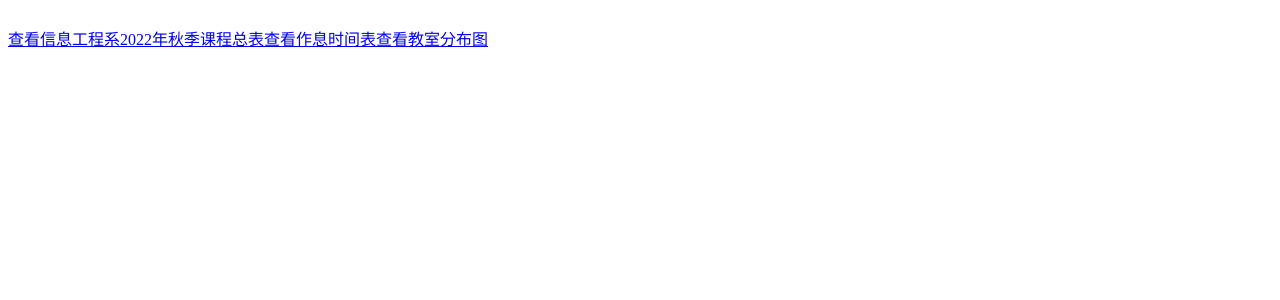
Repository: teacherlonglong/teacherlonglong.github.io
Page: index.html
An editor plug-in stored every save of this project. The page is shown before and after a run of saves, followed by the edit.
The browser window is 1280 px wide. The pictures show the whole page.

Above is the page before, as saved 2022-09-13 17:02:01.

### index.html
<html>

<head>
    <title>欢迎</title>
    <style>
        .mylink{
            float:left;
            line-height: 64px;
            height: 64px;
        }
    </style>
</head>

<body>
    <a class="mylink" href="./信息工程系2022年秋季课程总表.htm">查看信息工程系2022年秋季课程总表</a>
    <a class="mylink" href="./作息时间表.htm">查看作息时间表</a>
    <a class="mylink" href="./教室分布图.htm">查看教室分布图</a>
</body>

</html>

After the next 2 saves:
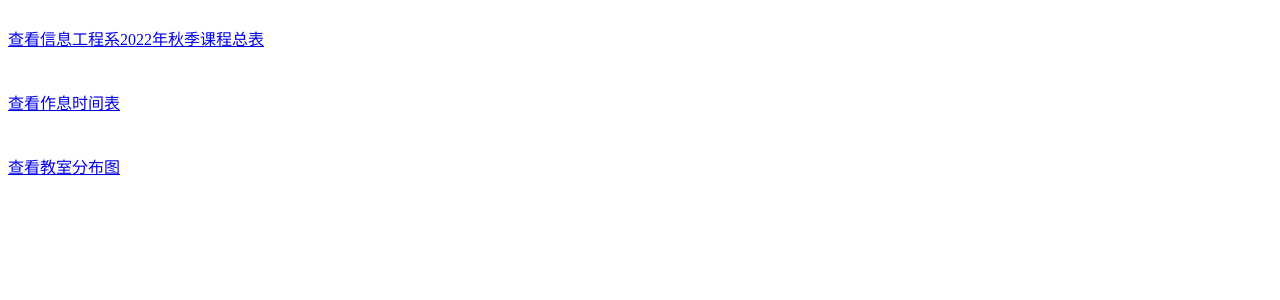
The 2 saves are shown as one change because they came seconds apart.
The last was saved 9 s later.
--- a/index.html
+++ b/index.html
@@ -4,7 +4,7 @@
     <title>欢迎</title>
     <style>
         .mylink{
-            float:left;
+            display: block;
             line-height: 64px;
             height: 64px;
         }
